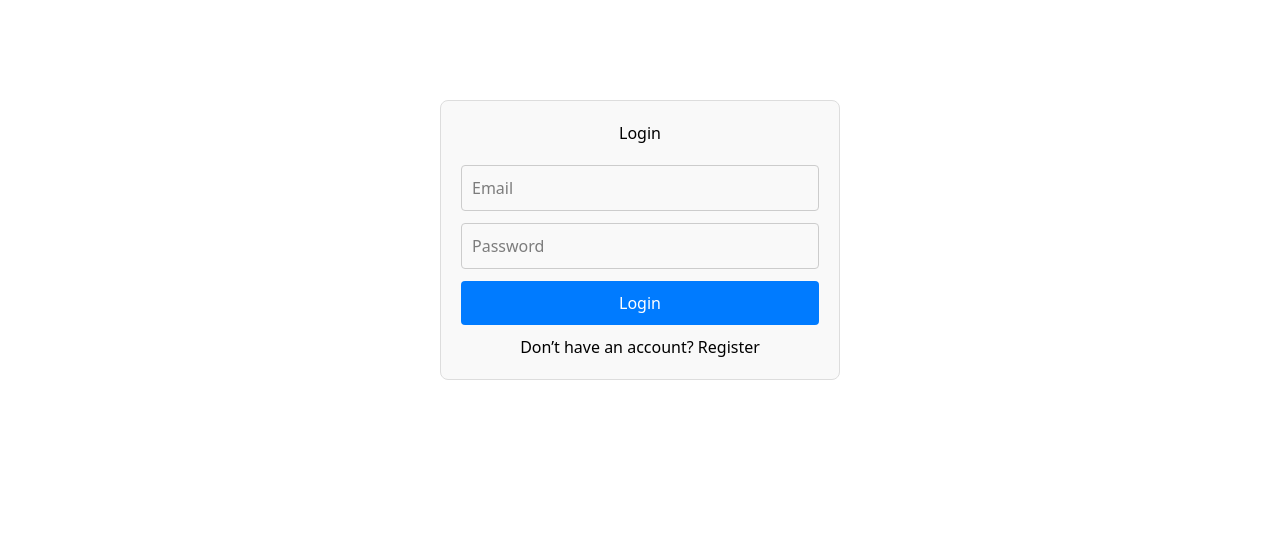
Repository: angad2803/Blood-Donor
Page: / (app in Client/)
The author's editor kept a copy of each file at every save. The page is drawn from the files as they stood at one save, then again after the next save.
The browser window is 1280 px wide. The pictures show the whole page.
The project was rebuilt for these pictures with package versions that can differ from the ones it lists, and the page was loaded fresh each time. Also part of the build but not shown: Client/vite.config.js, Client/pages/Dashboard.jsx, Client/pages/CreateRequest.jsx, Client/pages/DonorsList.jsx, Client/pages/Register.jsx, Client/pages/RequestForm.jsx, Client/pages/NearbyRequests.jsx.

Above is the page before, as saved 2025-06-10 13:39:30.

After the next save:
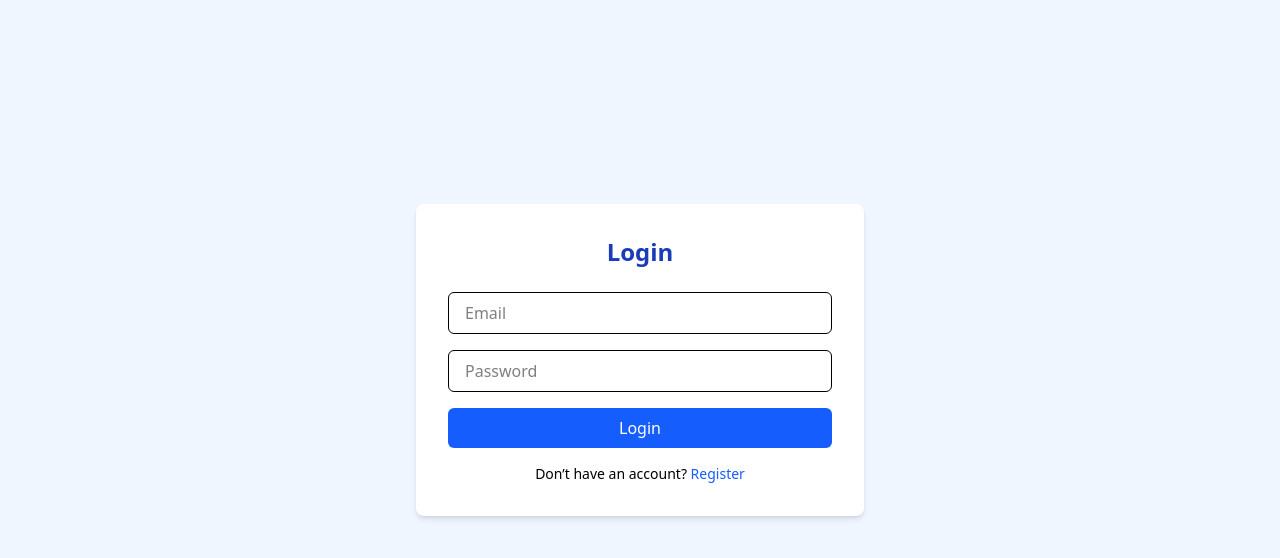
Saved 5 min 57 s later.
--- a/Client/components/Login.jsx
+++ b/Client/components/Login.jsx
@@ -1,7 +1,7 @@
 import React, { useState, useContext } from "react";
 import { AuthContext } from "../context/AuthContext";
 import { useNavigate, Link } from "react-router-dom";
-import api from "../api/api"; // Axios instance
+import api from "../api/api";
 
 const Login = () => {
   const { login } = useContext(AuthContext);
@@ -17,16 +17,16 @@ const Login = () => {
     setError("");
     setLoading(true);
 
-    console.log("Submitting login for:", email); // ✅ Log email input
+    console.log("Submitting login for:", email);
 
     const result = await login(email, password);
-    console.log("Login result:", result); // ✅ Log result returned from login()
+    console.log("Login result:", result);
 
     if (result.success) {
-      console.log("Navigating to /dashboard"); // ✅ Log before navigation
+      console.log("Navigating to /dashboard");
       navigate("/dashboard");
     } else {
-      console.log("Login failed:", result.message); // ✅ Log the error message
+      console.log("Login failed:", result.message);
       setError(result.message || "Login failed");
     }
 
@@ -34,74 +34,46 @@ const Login = () => {
   };
 
   return (
-    <div style={styles.container}>
-      <h2 style={styles.title}>Login</h2>
-      <form onSubmit={handleSubmit} style={styles.form}>
-        <input
-          type="email"
-          placeholder="Email"
-          value={email}
-          onChange={(e) => setEmail(e.target.value)}
-          required
-          style={styles.input}
-        />
-        <input
-          type="password"
-          placeholder="Password"
-          value={password}
-          onChange={(e) => setPassword(e.target.value)}
-          required
-          style={styles.input}
-        />
-        <button type="submit" style={styles.button} disabled={loading}>
-          {loading ? "Logging in..." : "Login"}
-        </button>
-        {error && <p style={styles.error}>{error}</p>}
-        <p style={{ marginTop: "10px" }}>
-          Don’t have an account? <Link to="/register">Register</Link>
+    <div className="min-h-screen flex items-center justify-center bg-blue-50">
+      <div className="w-full max-w-md bg-white shadow-md rounded-lg p-8">
+        <h2 className="text-2xl font-semibold text-center text-blue-800 mb-6">
+          Login
+        </h2>
+        <form onSubmit={handleSubmit} className="space-y-4">
+          <input
+            type="email"
+            placeholder="Email"
+            value={email}
+            onChange={(e) => setEmail(e.target.value)}
+            required
+            className="w-full px-4 py-2 border rounded-md focus:outline-none focus:ring-2 focus:ring-blue-300"
+          />
+          <input
+            type="password"
+            placeholder="Password"
+            value={password}
+            onChange={(e) => setPassword(e.target.value)}
+            required
+            className="w-full px-4 py-2 border rounded-md focus:outline-none focus:ring-2 focus:ring-blue-300"
+          />
+          <button
+            type="submit"
+            disabled={loading}
+            className="w-full bg-blue-600 text-white py-2 rounded-md hover:bg-blue-700 transition"
+          >
+            {loading ? "Logging in..." : "Login"}
+          </button>
+        </form>
+        {error && <p className="text-red-500 mt-3 text-center">{error}</p>}
+        <p className="mt-4 text-center text-sm">
+          Don’t have an account?{" "}
+          <Link to="/register" className="text-blue-600 hover:underline">
+            Register
+          </Link>
         </p>
-      </form>
+      </div>
     </div>
   );
 };
 
-const styles = {
-  container: {
-    maxWidth: "400px",
-    margin: "100px auto",
-    padding: "20px",
-    border: "1px solid #ddd",
-    borderRadius: "8px",
-    textAlign: "center",
-    backgroundColor: "#f9f9f9",
-  },
-  title: {
-    marginBottom: "20px",
-  },
-  form: {
-    display: "flex",
-    flexDirection: "column",
-  },
-  input: {
-    padding: "10px",
-    marginBottom: "12px",
-    borderRadius: "4px",
-    border: "1px solid #ccc",
-    fontSize: "16px",
-  },
-  button: {
-    padding: "10px",
-    fontSize: "16px",
-    backgroundColor: "#007bff",
-    color: "#fff",
-    border: "none",
-    borderRadius: "4px",
-    cursor: "pointer",
-  },
-  error: {
-    color: "red",
-    marginTop: "10px",
-  },
-};
-
 export default Login;
